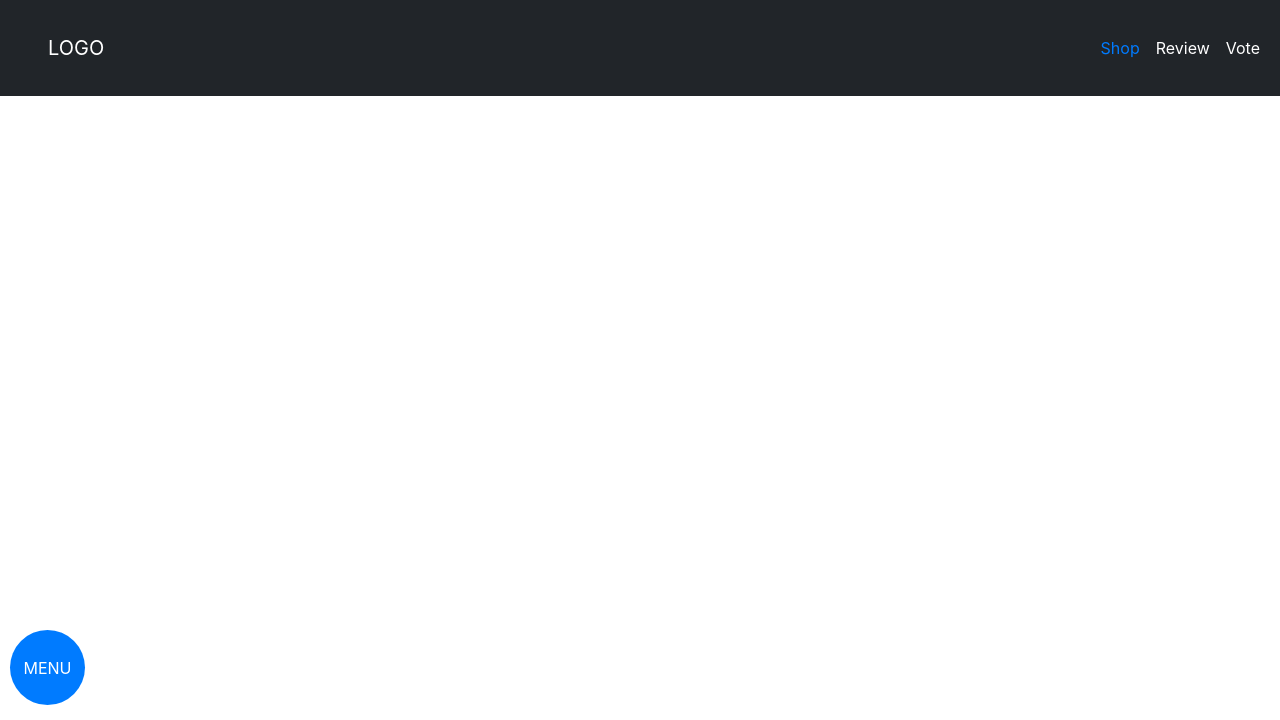
Repository: DragonFruit8/basic-website
Page: /shop
The author's editor kept a copy of each file at every save. The page is drawn from the files as they stood at one save, then again after a run of saves.
The browser window is 1280 px wide. The pictures show the whole page.
The project was rebuilt for these pictures with package versions that can differ from the ones it lists, and the page was loaded fresh each time. Also part of the build but not shown: src/sections/MissionSec.js, src/sections/AboutSec.js, src/sections/ServiceSec.js, src/Img/LunaLogo.js, src/sections/SupportSec.js, src/sections/HeroSec.js, src/pages/HomePage.js.

Above is the page before, as saved 2024-06-23 08:52:38.

After the next 2 saves:
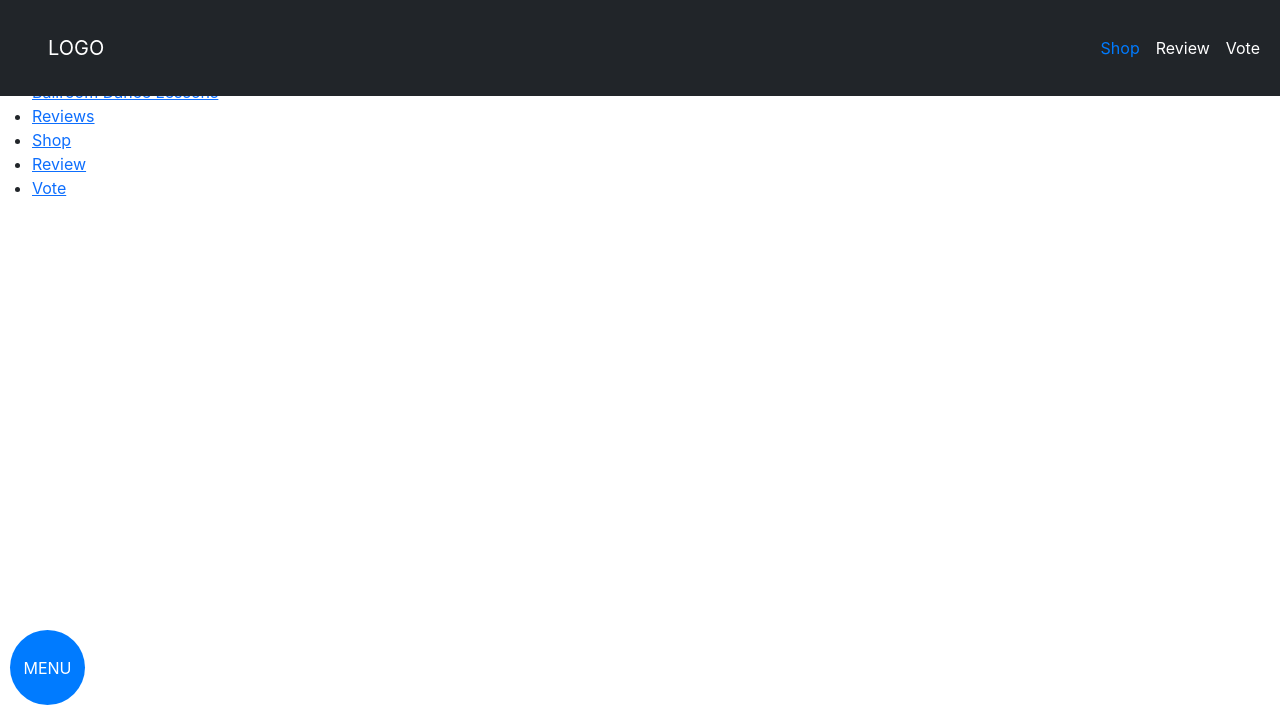
The 2 saves are shown as one change because they came seconds apart.
The last was saved 6 s later.
--- a/src/pages/ShopPage.js
+++ b/src/pages/ShopPage.js
@@ -6,7 +6,15 @@
         <div>
             <h1>Shop Page</h1>
             <ul>
-
+                {
+                    Object.keys(data).map((key, index) => {
+                        return (
+                            <li key={index}>
+                                <a href={`/${data[key].b}`}>{data[key].a}</a>
+                            </li>
+                        );
+                    })
+                }
             </ul>
         </div>
     );
